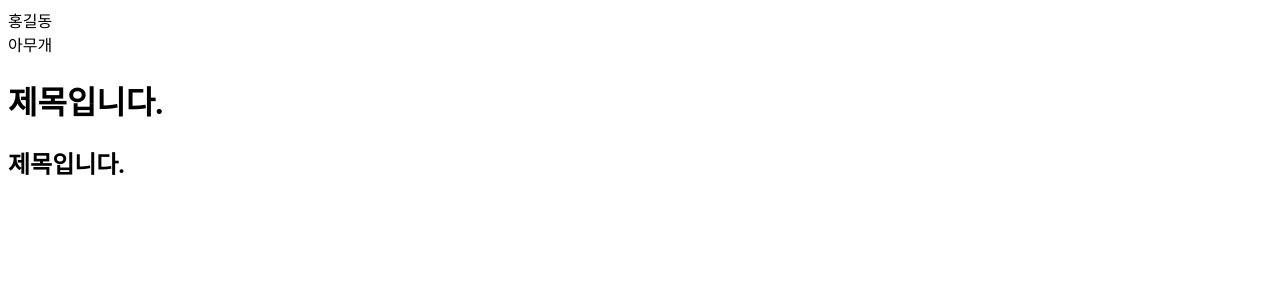
Repository: HongTaeHun337/HTML-CSS-JavaScript-
Page: html/HtmlTest/src/main/webapp/ex03.html
These files come from the project's save history. The page is drawn as it stood at one moment and after the next save; the edit follows.
The browser window is 1280 px wide. The pictures show the whole page.

Above is the page before, as saved 2026-02-12 05:23:53.

### html/HtmlTest/src/main/webapp/ex03.html
<!DOCTYPE html>
<html>
<head>
<meta charset="UTF-8">
<title>Insert title here</title>
</head>
<body>
	<!-- ex03.html -->
	<!--

		HTML 수업 = XML 수업 > ML 언어


		HTML 구성 요소

		1. 태그(Tag), 요소(Element)
		2. 특성(Attribute)
		3. 텍스트(PCDATA)
		4. 주석(Comment)
		--------------------------
		5. 선언문(Declaration)
		6. 엔티티(Entity)
		7. 외부 요소
		8. 등등..


		1. 태그(Tag), 요소(Element)
		- 명령어를 <>로 묶어 놓은 요소
		- HTML 문서에서 골격(뼈대)을 만드는 역할(레이아웃 생성) a
		- 데이터를 화면에 출력하는 역할 b

	 -->

	 <div>홍길동</div>
	 <div>아무개</div>

	 <h1>제목입니다.</h1>
	 <h2>제목입니다.</h2>

</body>
</html>

After the next save:
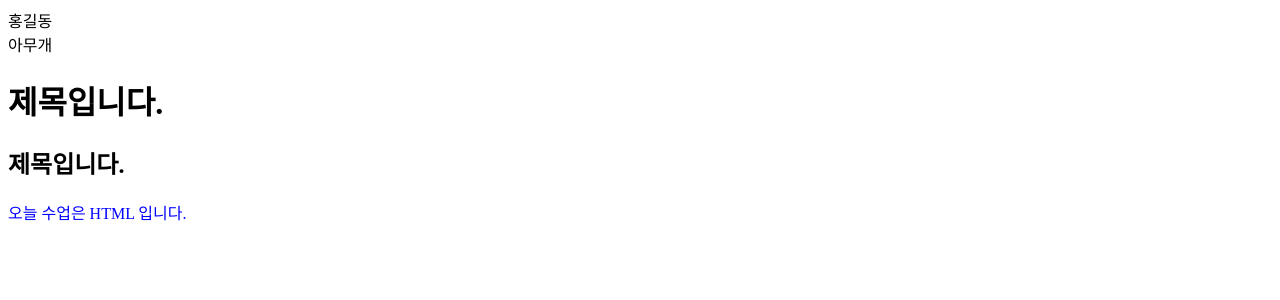
Saved 52 s later.
--- a/html/HtmlTest/src/main/webapp/ex03.html
+++ b/html/HtmlTest/src/main/webapp/ex03.html
@@ -37,5 +37,7 @@
 	 <h1>제목입니다.</h1>
 	 <h2>제목입니다.</h2>
 
+	 <font color = "blue">오늘 수업은 HTML 입니다.</font>
+
 </body>
 </html>
